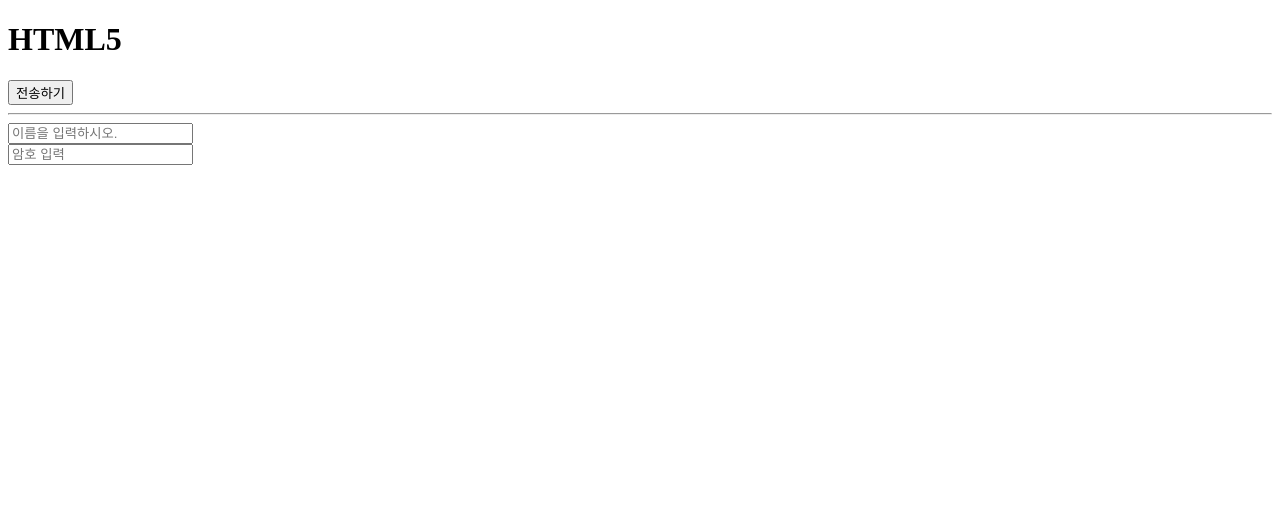
Repository: hb6700/client
Page: ClientTest/src/main/webapp/html/ex19.html
These files come from the project's save history. The page is drawn as it stood at one moment and after the next save; the edit follows.
The browser window is 1280 px wide. The pictures show the whole page.

Above is the page before, as saved 2023-09-21 08:09:14.

### ClientTest/src/main/webapp/html/ex19.html
<!DOCTYPE html>
<html>
	<head>
		<meta charset="UTF-8">
		<title>ex19</title>
	</head>
	<body>
		<h1>HTML5</h1>
		<form method="POST" action="ex18_server.jsp">
			<input type="submit" value="전송하기">
			<hr>
			<!-- <input type="text" value="이름을 입력하시오." onfocus="this.value='';"> -->
			<input type="text" placeholder="이름을 입력하시오.">
			<br>
			<input type="password" placeholder="암호 입력">

		</form>
	</body>
</html>

After the next save:
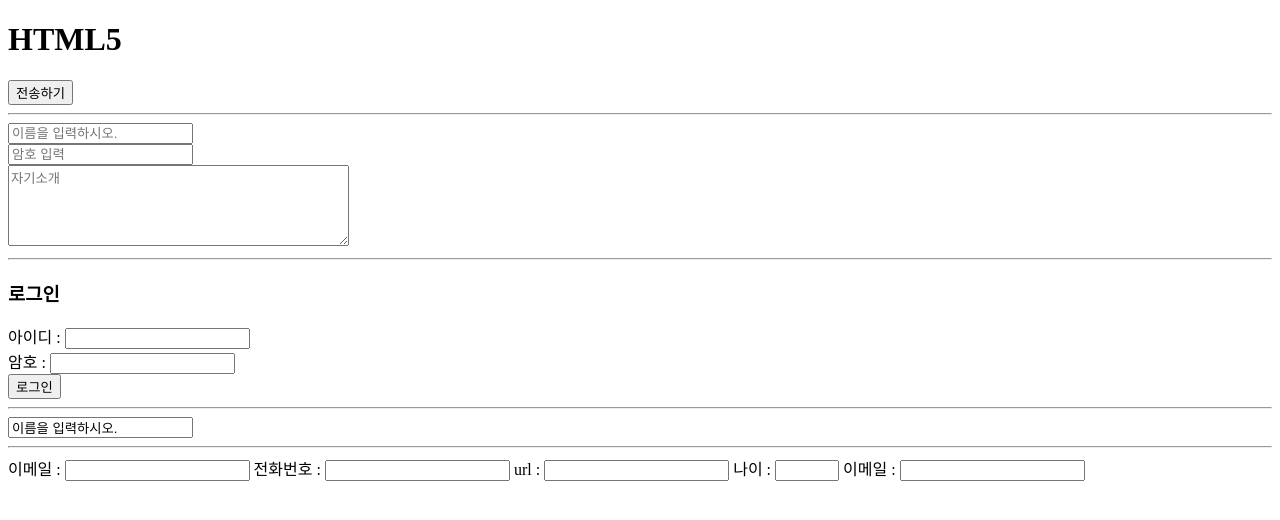
Saved 18 min 0 s later.
--- a/ClientTest/src/main/webapp/html/ex19.html
+++ b/ClientTest/src/main/webapp/html/ex19.html
@@ -13,6 +13,28 @@
 			<input type="text" placeholder="이름을 입력하시오.">
 			<br>
 			<input type="password" placeholder="암호 입력">
+			<br>
+			<textarea cols="40" rows="5" placeholder="자기소개"></textarea>
+
+			<hr>
+
+			<h3>로그인</h3>
+			아이디 : <input type="text" required><br>
+			암호 : <input type="password" required><br>
+			<input type="submit" value="로그인">
+
+			<hr>
+
+			<input type="text" value="이름을 입력하시오." onfocus="this.value='';">
+
+			<hr>
+			이메일 : <input type="email">
+			전화번호 : <input type="tel">
+			url : <input type="url">
+			나이 : <input type="number" min="0" max="100" step="10">
+
+			이메일 : <input type="email">
+
 
 		</form>
 	</body>
